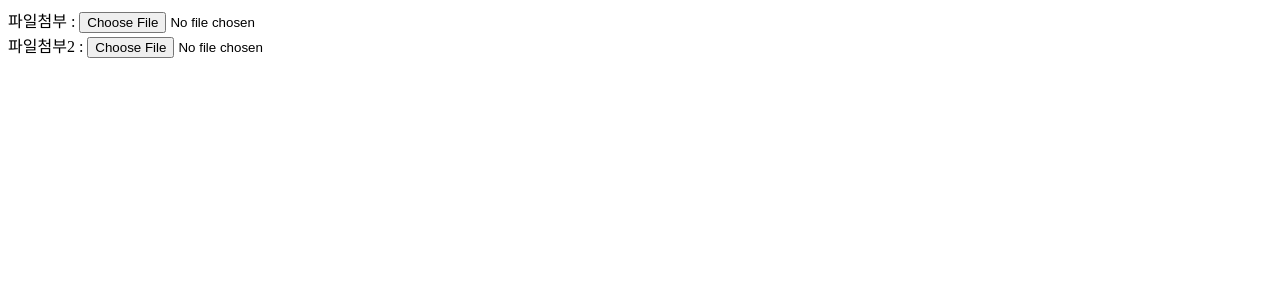
Repository: kimkeng/BackendClass
Page: web/src/main/webapp/file1.html
These files come from the project's save history. The page is drawn as it stood at one moment and after the next save; the edit follows.
The browser window is 1280 px wide. The pictures show the whole page.

Above is the page before, as saved 2023-08-16 09:09:54.

After the next save:
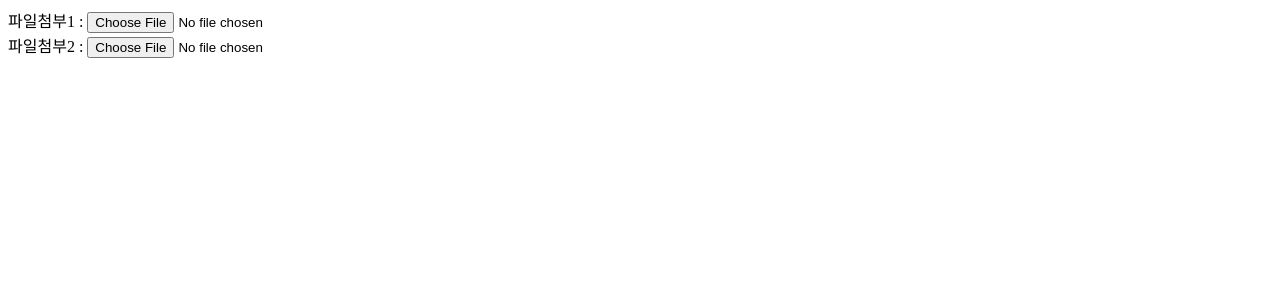
Saved 9 s later.
--- a/web/src/main/webapp/file1.html
+++ b/web/src/main/webapp/file1.html
@@ -5,7 +5,7 @@
 <title>파일업로드</title>
 </head>
 <body>
-파일첨부 : <input type="file"> <br>
+파일첨부1 : <input type="file"> <br>
 파일첨부2 : <input type="file" accept=""> <br>
 </body>
 </html>
